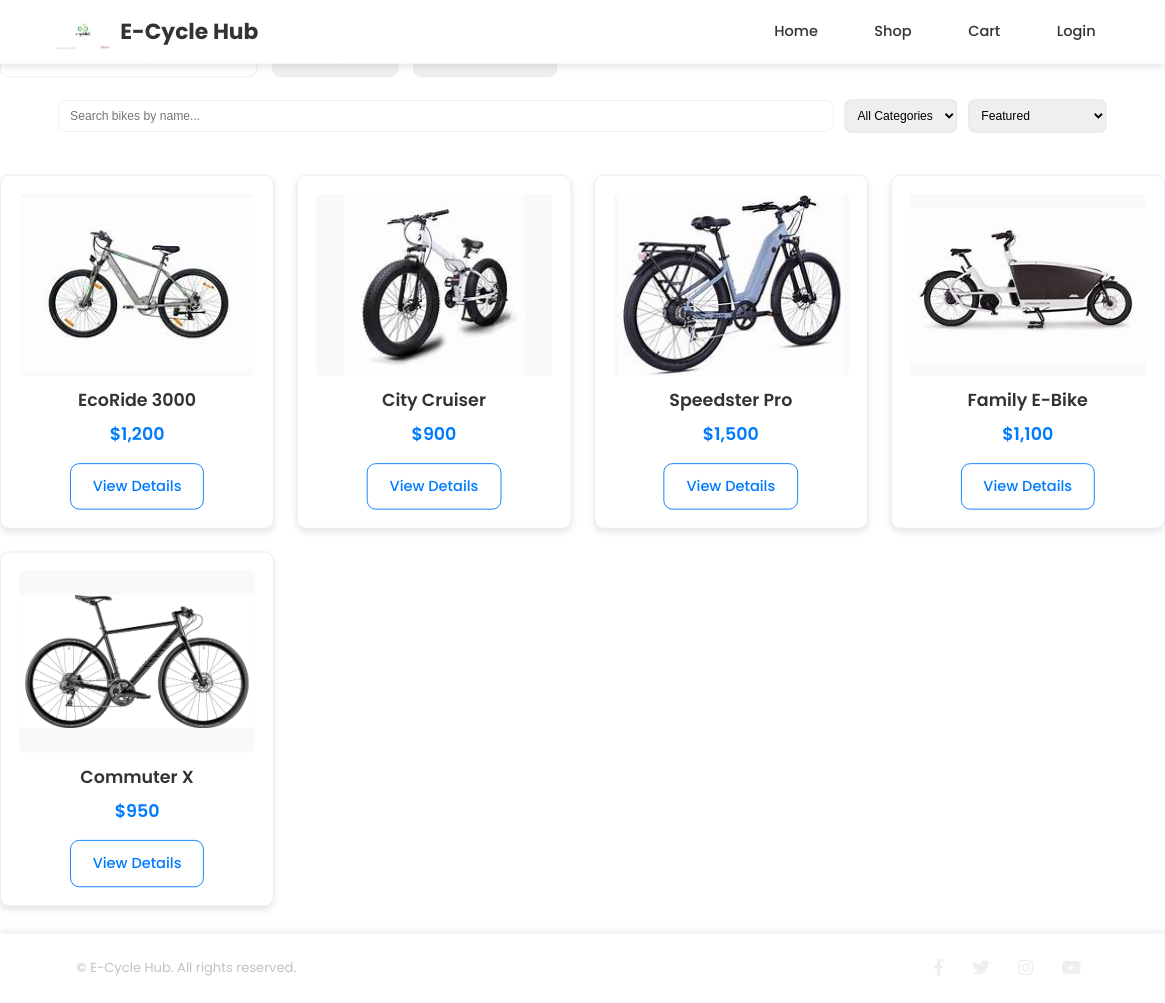
Repository: Rutuja-g/E-Cycle-Hub
Page: public/products.html
An editor plug-in stored every save of this project. The page is shown before and after the next save, followed by the edit.
The browser window is 1280 px wide. The pictures show the whole page, at 91% of full size.

Above is the page before, as saved 2025-10-24 16:17:05.
Console error: SyntaxError: Unexpected token 'export'

After the next save:
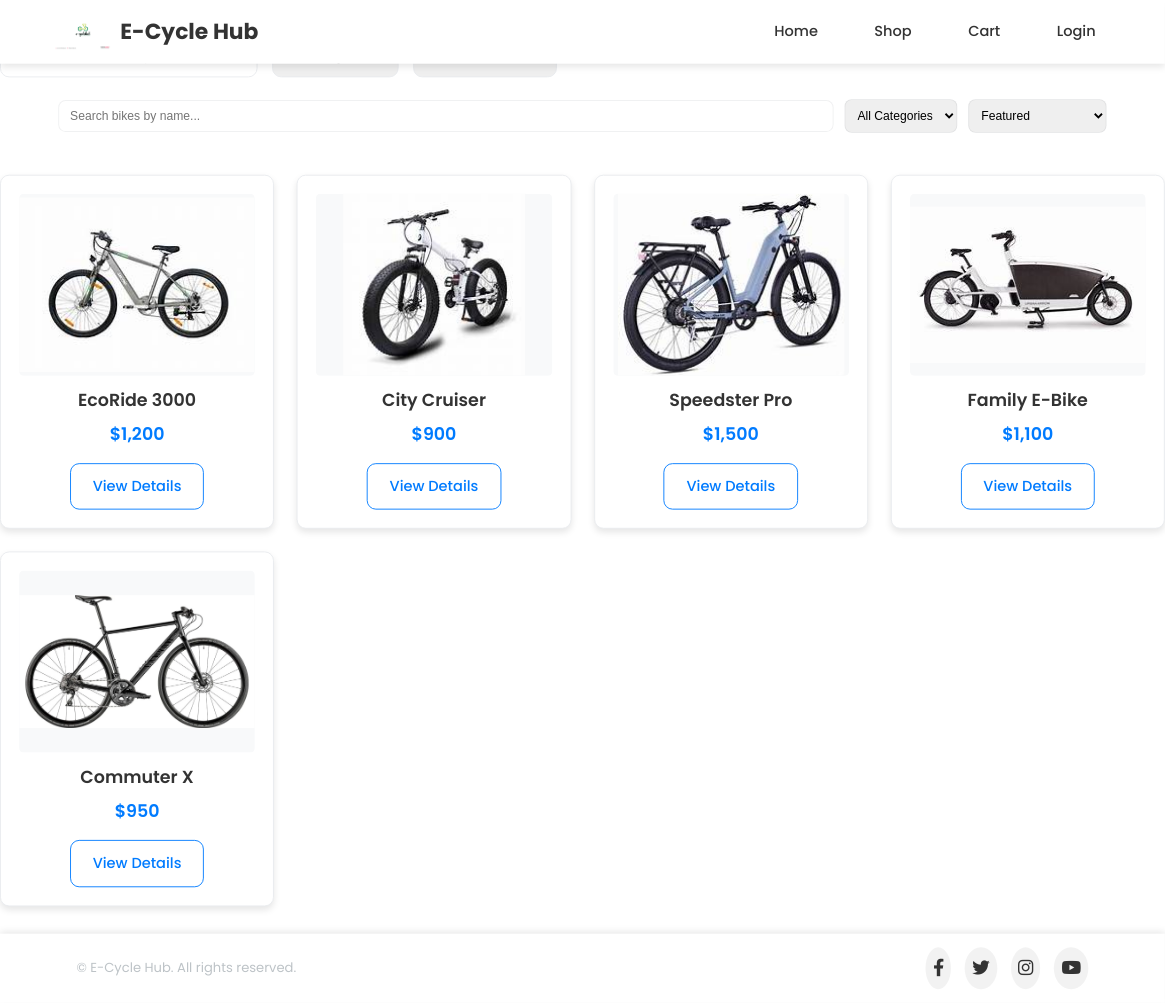
Saved 11 s later.
--- a/public/css/main.css
+++ b/public/css/main.css
@@ -539,18 +539,19 @@ a:hover {
 }
 
 .social-icons a {
-  color: #ecf0f1;
+  color: var(--text-color);
   font-size: 1.2em;
-  transition: all 0.3s;
+  transition: all 0.3s ease;
   padding: 8px;
   border-radius: 50%;
-  background: rgba(255, 255, 255, 0.1);
+  background: rgba(0, 0, 0, 0.05);
 }
 
 .social-icons a:hover {
   color: var(--primary-color);
-  background: rgba(255, 255, 255, 0.2);
-  transform: translateY(-2px);
+  background: rgba(0, 123, 255, 0.1);
+  transform: translateY(-1px);
+  box-shadow: 0 2px 8px rgba(0, 123, 255, 0.2);
 }
 
 /* Add error styles */
